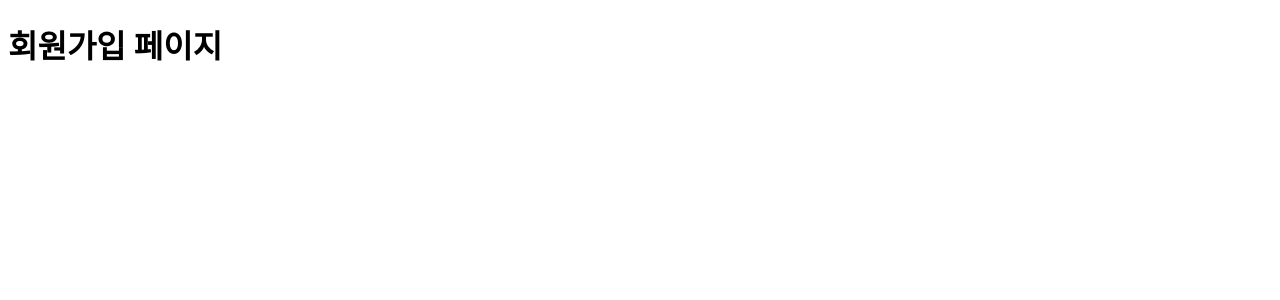
Repository: Gaebulga/eclipse-workspace
Page: http://localhost/181226_Member/
An editor plug-in stored every save of this project. The page is shown before and after the next save, followed by the edit.
The browser window is 1280 px wide. The pictures show the whole page.
The page is served by Tomcat 9.

Above is the page before, as saved 2018-12-26 04:12:03.

After the next save:
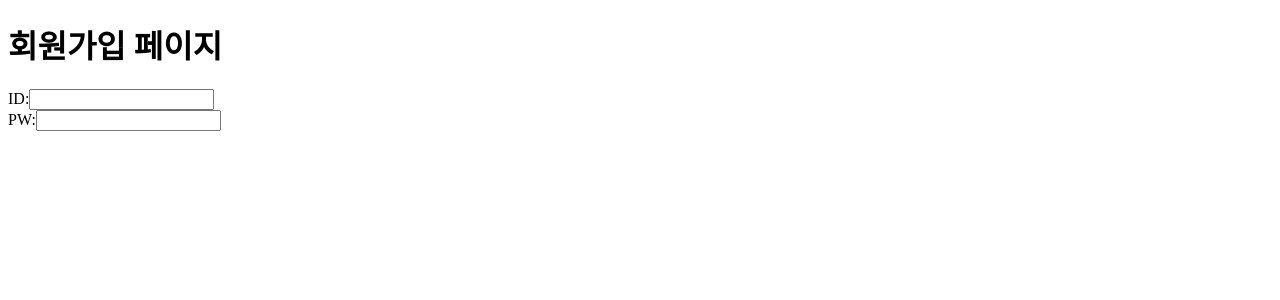
Saved 3 min 2 s later.
--- a/181226_Member/WebContent/index.jsp
+++ b/181226_Member/WebContent/index.jsp
@@ -8,5 +8,14 @@
 </head>
 <body>
 	<h1> 회원가입 페이지 </h1>
+
+		<form action="member" method="post">
+			ID:<input type="text" name="userId"><br>
+			PW:<input type="text" name="userPw"><br>
+
+		</form>
+
+
+
 </body>
 </html>
